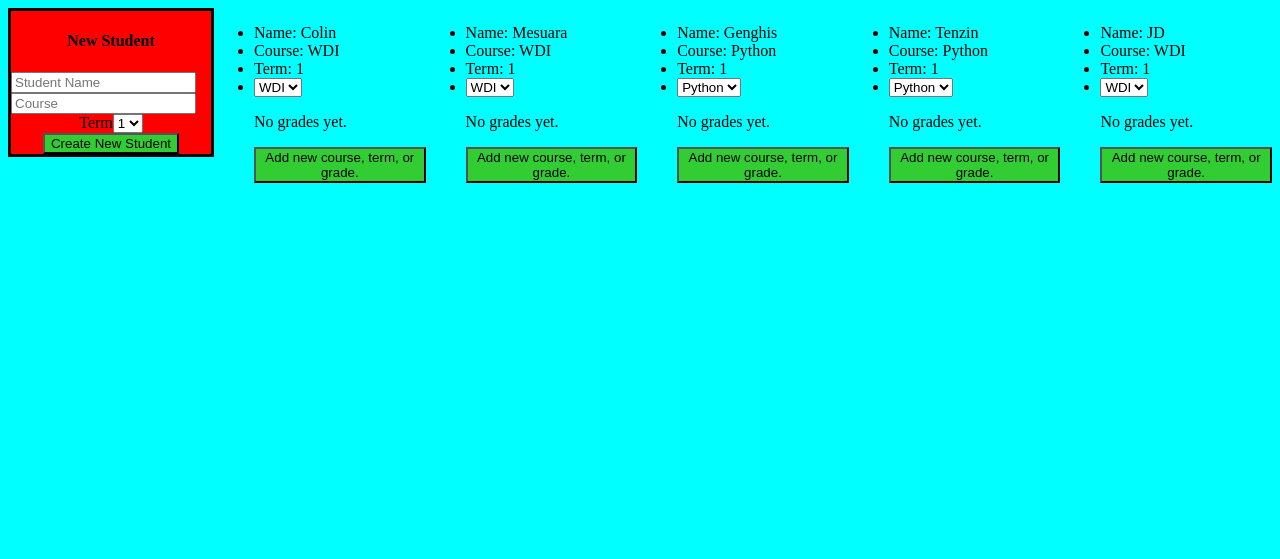
Repository: EdmontDantes/graderaide-ui
Page: index.html
The author's editor kept a copy of each file at every save. The page is drawn from the files as they stood at one save, then again after the next save.
The browser window is 1280 px wide. The pictures show the whole page.

Above is the page before, as saved 2020-04-21 14:41:10.

After the next save:
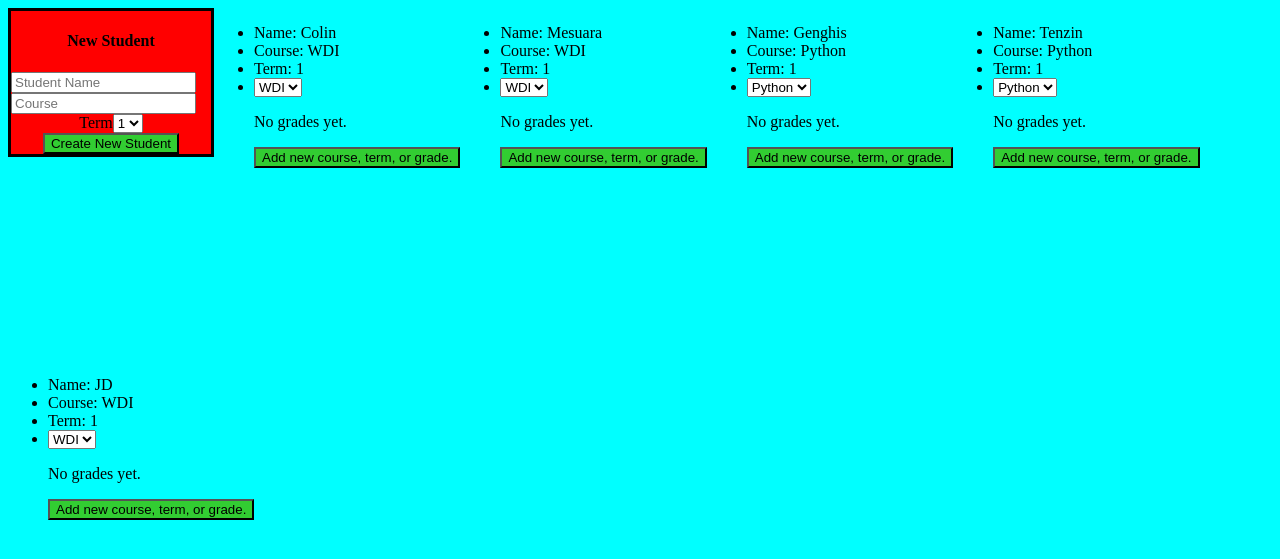
Saved 4 s later.
--- a/style.css
+++ b/style.css
@@ -9,7 +9,7 @@ body {
 .app {
     display: flex;
     flex-direction: row;
-    flex-wrap: ;
+    flex-wrap: wrap;
 }
 
 #text-h1-creation-section {
